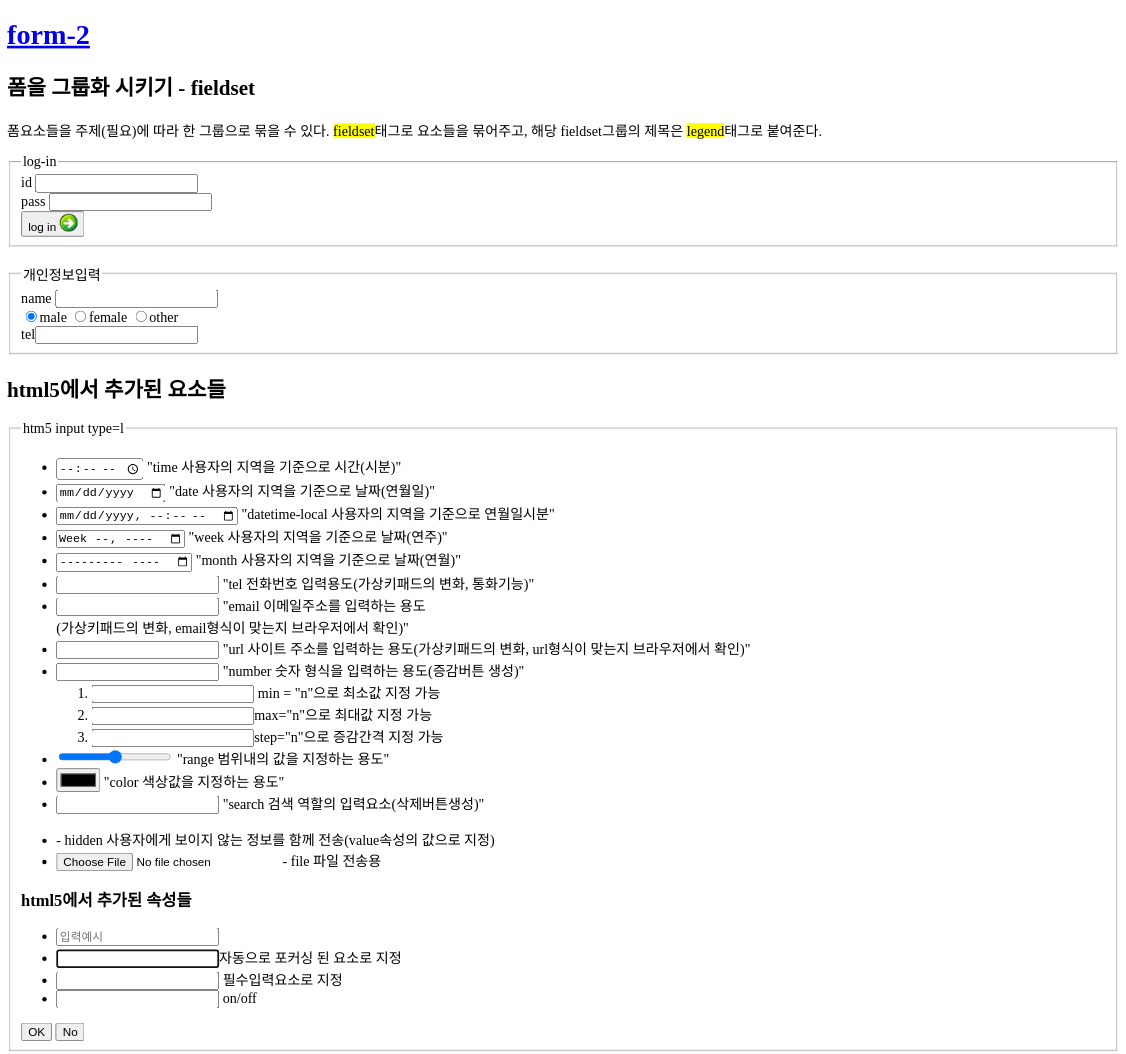
Repository: ReadStar/Web
Page: Html/html5/WebContent/form-2.html
An editor plug-in stored every save of this project. The page is shown before and after a run of saves, followed by the edit.
The browser window is 1280 px wide. The pictures show the whole page, at 88% of full size.

Above is the page before, as saved 2020-08-13 08:04:35.

After the next 2 saves:
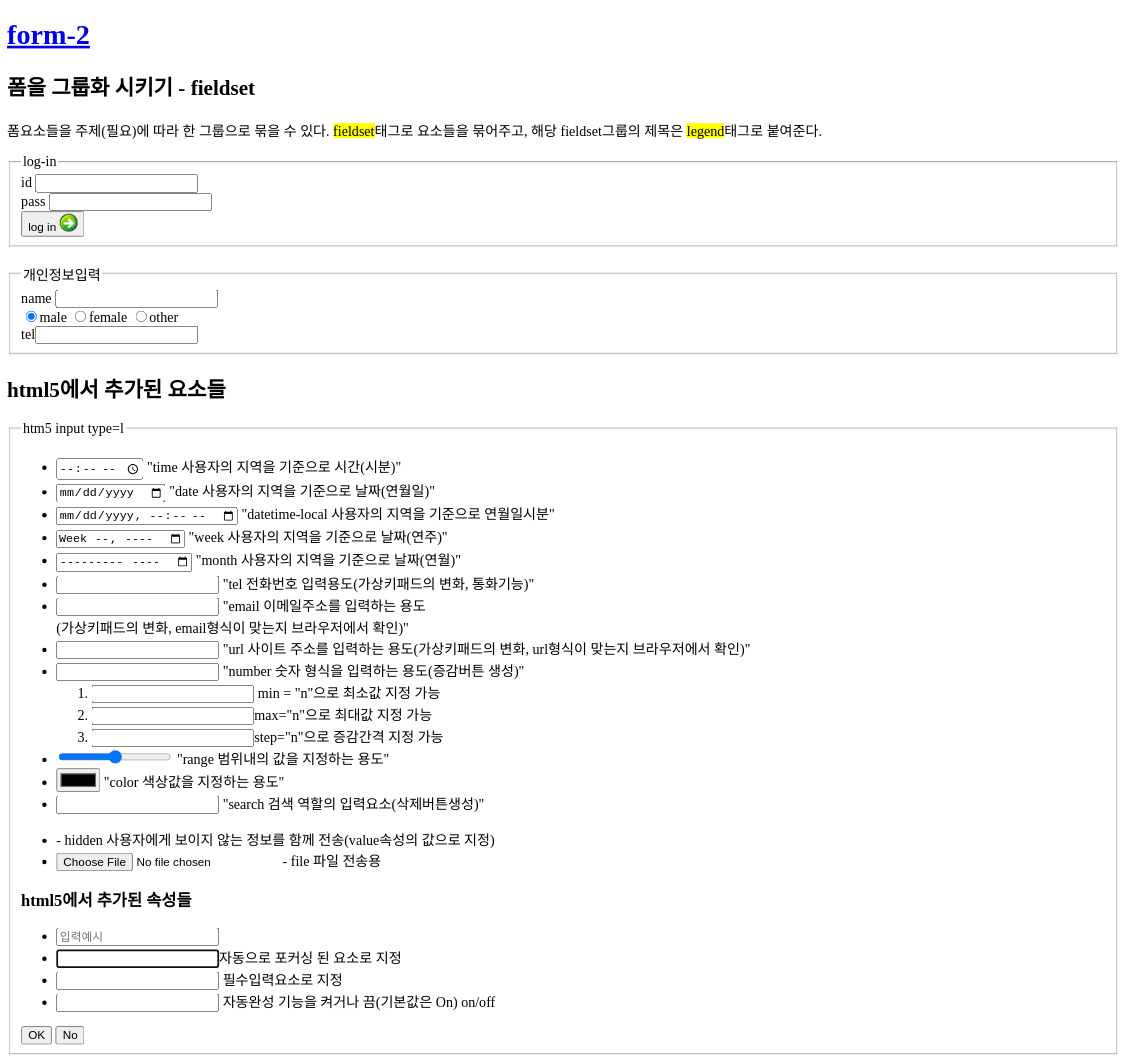
The 2 saves are shown as one change because they came seconds apart.
The last was saved 89 s later.
--- a/Html/html5/WebContent/form-2.html
+++ b/Html/html5/WebContent/form-2.html
@@ -65,7 +65,7 @@
 <li><input type="text" placeholder="입력예시"></li>
 <li><input type="text" autofocus="autofocus">자동으로 포커싱 된 요소로 지정</li>
 <li><input type="text" required="required"> 필수입력요소로 지정</li>
-<li><input type="text" autocomplete="off"> on/off </li>
+<li><input type="text" autocomplete="off"> 자동완성 기능을 켜거나 끔(기본값은 On) on/off </li>
 
 </ul>
 
